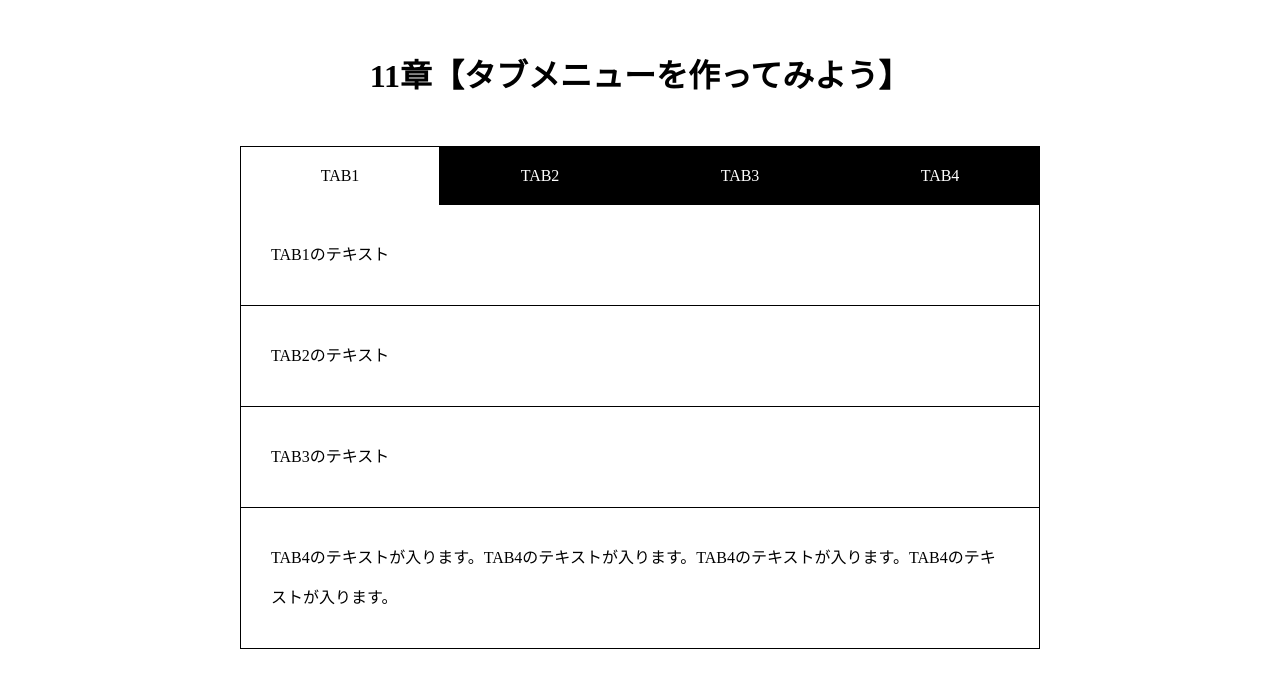
Repository: rainpalace2/Java
Page: Tabbar-Lesson/index.html
The author's editor kept a record of every edit. The page is drawn from the files as they stood at one moment, then again after the next edit.
The browser window is 1280 px wide. The pictures show the whole page.

Above is the page before.

### Tabbar-Lesson/index.html
<!DOCTYPE html>
<html lang="ja">
  <head>
    <meta charset="UTF-8" />
    <meta name="viewport" content="width=device-width,initial-scale=1.0">
    <title>11章【タブメニューを作ってみよう】</title>
    <link rel="stylesheet" href="css/style.css" />
  </head>
  <body>
    <h1>11章【タブメニューを作ってみよう】</h1>

    <div class="wrap">
      <ul id="tab-menu">
        <li><a href="#tab1" class="active">TAB1</a></li>
        <li><a href="#tab2" class="">TAB2</a></li>
        <li><a href="#tab3" class="">TAB3</a></li>
        <li><a href="#tab4" class="">TAB4</a></li>
      </ul>

      <div id="tab-contents">
        <div id="tab1" class="tab">
          <p>TAB1のテキスト</p>
        </div>

        <div id="tab2" class="tab">
          <p>TAB2のテキスト</p>
        </div>

        <div id="tab3" class="tab">
          <p>TAB3のテキスト</p>
        </div>

        <div id="tab4" class="tab">
          <p>TAB4のテキストが入ります。TAB4のテキストが入ります。TAB4のテキストが入ります。TAB4のテキストが入ります。</p>
        </div>
      </div>
    </div>
    <script src="js/jquery.min.js"></script>
    <script src="js/script.js"></script>
  </body>
</html>

### Tabbar-Lesson/css/style.css
@charset "UTF-8";

* {
  margin: 0;
  padding: 0;
  box-sizing: border-box;
}

h1 {
  text-align: center;
  margin: 50px 0;
}

.wrap {
  width: 90%;
  max-width: 800px;
  margin: 0 auto;
}

#tab-menu {
  display: flex;
}

#tab-menu li {
  list-style-type: none;
  width: 25%;
}

#tab-menu li a {
  color: #fff;
  text-decoration: none;
  display: block;
  padding: 20px;
  text-align: center;
  background: #000;
  border: 1px solid #000;
  border-bottom: none;
}

#tab-menu .active {
  background: #fff;
  color: #000;
}

#tab-contents {
  display: flex;
  flex-wrap: wrap;
}

#tab-contents .tab {
  width: 100%;
  padding: 30px;
  background: #fff;
  border: 1px solid #000;
  border-top: none;
}

#tab-contents p {
  color: #000;
  line-height: 2.5;
}

### Tabbar-Lesson/js/script.js
$('#tab-contents.tab[id != "tab1"]').hide();

$('#tab-menu a').on('click',function(event){
  $("#tab-contents .tab").hide();
  $("#tab-menu .active").removeClass("active");
  $(this).addClass("active");
  $($(this).attr("href")).show();
  event.preventDefault();
});

Loaded but not shown: Tabbar-Lesson/js/jquery.min.js (library)

After the next edit:
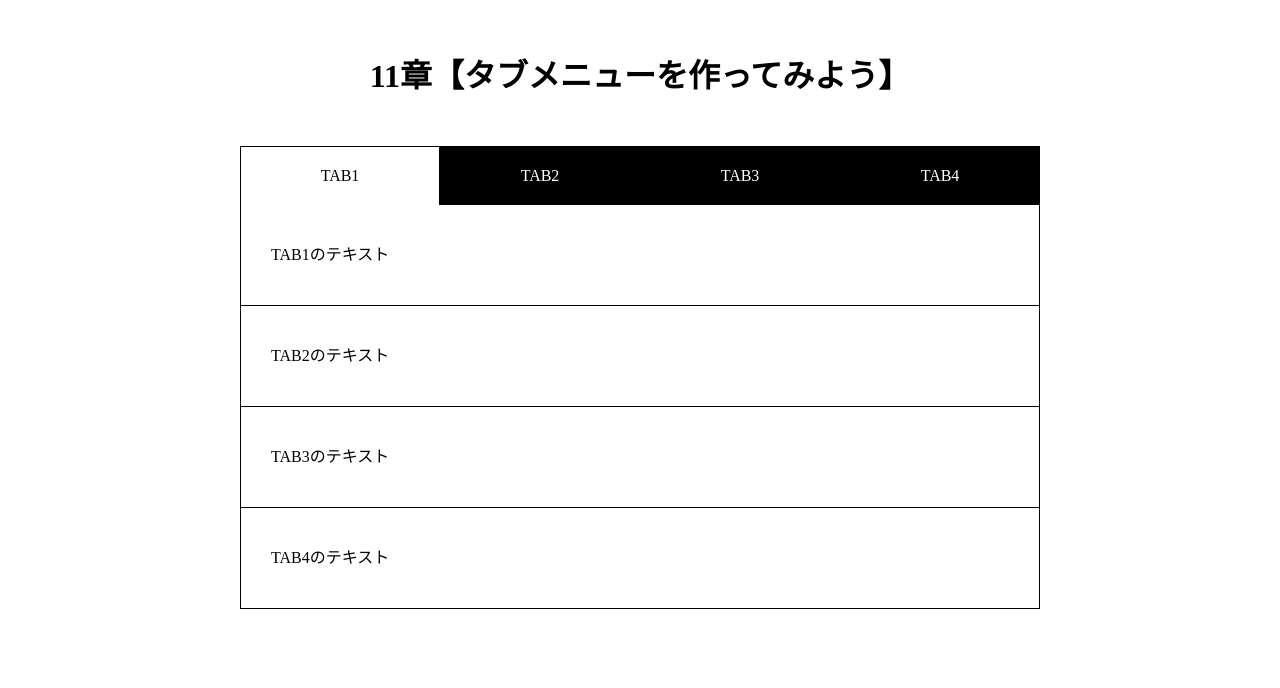
The edit:
--- a/Tabbar-Lesson/index.html
+++ b/Tabbar-Lesson/index.html
@@ -31,7 +31,7 @@
         </div>
 
         <div id="tab4" class="tab">
-          <p>TAB4のテキストが入ります。TAB4のテキストが入ります。TAB4のテキストが入ります。TAB4のテキストが入ります。</p>
+          <p>TAB4のテキスト</p>
         </div>
       </div>
     </div>
